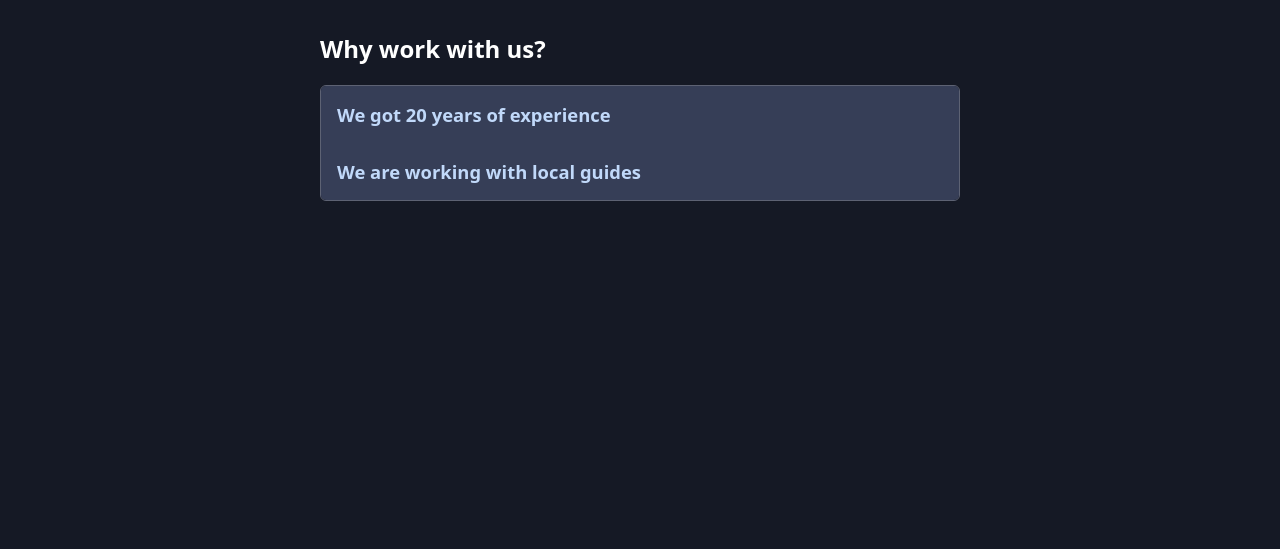
Repository: Snzslt/ReactPattern
Page: /
These files come from the project's save history. The page is drawn as it stood at one moment and after the next save; the edit follows.
The browser window is 1280 px wide. The pictures show the whole page.
The project was rebuilt for these pictures with package versions that can differ from the ones it lists, and the page was loaded fresh each time. Also part of the build but not shown: vite.config.js.

Above is the page before, as saved 2024-05-15 13:49:58.

After the next save:
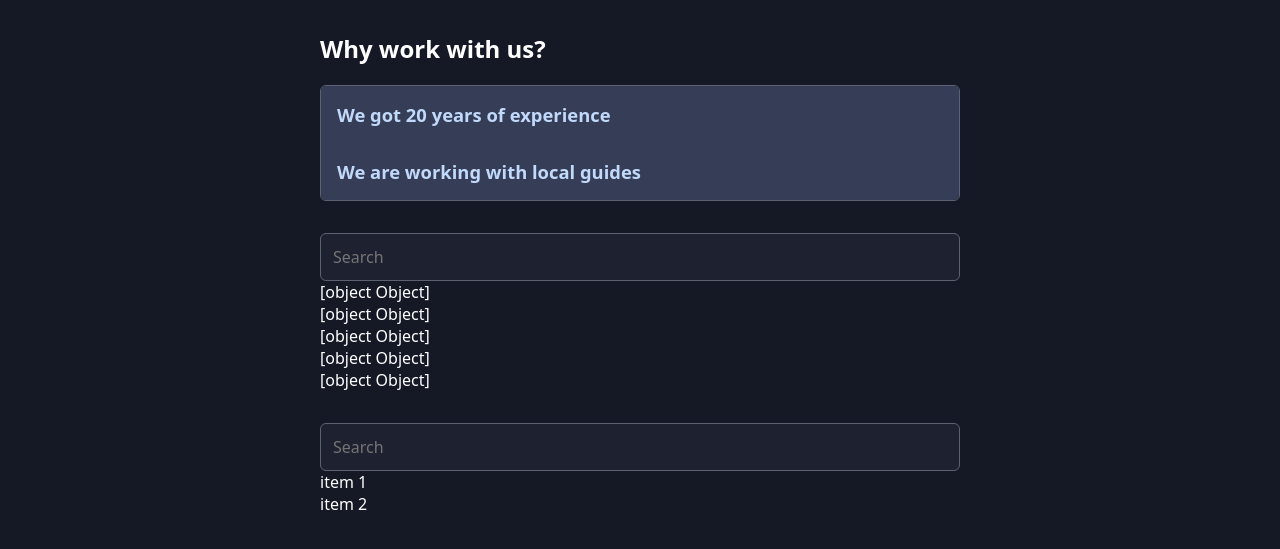
Saved 16 s later.
--- a/src/App.jsx
+++ b/src/App.jsx
@@ -1,4 +1,43 @@
 import Accordion from './components/Accordion/Accordion.jsx';
+import SearchableList from './components/SearchableList/SearchableList.jsx';
+import savannaImg from './assets/african-savanna.jpg';
+import amazonImg from './assets/amazon-river.jpg';
+import caribbeanImg from './assets/caribbean-beach.jpg';
+import desertImg from './assets/desert-dunes.jpg';
+import forestImg from './assets/forest-waterfall.jpg';
+
+const PLACES = [
+  {
+    id: 'african-savanna',
+    image: savannaImg,
+    title: 'African Savanna',
+    description: 'Experience the beauty of nature.',
+  },
+  {
+    id: 'amazon-river',
+    image: amazonImg,
+    title: 'Amazon River',
+    description: 'Get to know the largest river in the world.',
+  },
+  {
+    id: 'caribbean-beach',
+    image: caribbeanImg,
+    title: 'Caribbean Beach',
+    description: 'Enjoy the sun and the beach.',
+  },
+  {
+    id: 'desert-dunes',
+    image: desertImg,
+    title: 'Desert Dunes',
+    description: 'Discover the desert life.',
+  },
+  {
+    id: 'forest-waterfall',
+    image: forestImg,
+    title: 'Forest Waterfall',
+    description: 'Listen to the sound of the water.',
+  },
+];
 
 function App() {
   return (
@@ -37,6 +76,10 @@ function App() {
           </Accordion.Item>
         </Accordion>
       </section>
+      <section>
+        <SearchableList items={PLACES} />
+        <SearchableList items={['item 1', 'item 2']} />
+      </section>
     </main>
   );
 }
